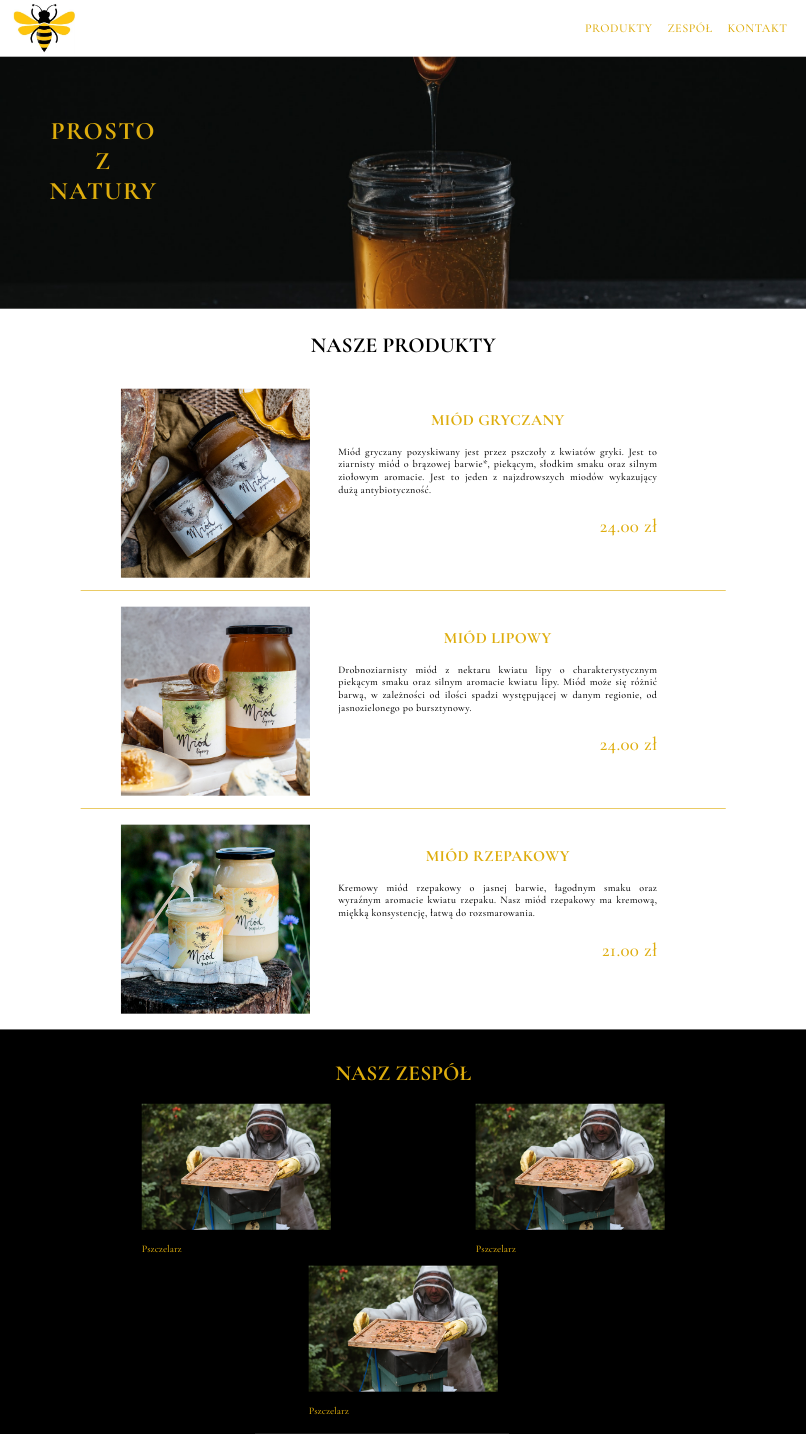
Repository: rucpata/company_page_honey
Page: index.html
An editor plug-in stored every save of this project. The page is shown before and after a run of saves, followed by the edit.
The browser window is 1280 px wide. The pictures show the whole page, at 63% of full size.

Above is the page before, as saved 2021-01-15 17:12:53.

### index.html
<!DOCTYPE html>

<html>
  <head>
    <link rel="shortcut icon" href="favicon.ico" type="image/x-icon">
    <meta charset="utf-8">
    <meta name="description" content="">
    <link rel="stylesheet" href="./styles.css" type="text/css">
  </head>

  <body>
    <header>
      <img class='logo' src='./img/logo.png' alt='logo'>
      <nav>
        <ul>
          <li>
            <a href='.products' class=''/>Produkty</a>
          </li>
          <li>
            <a href='#'/>Zespół</a>
          </li>
          <li>
            <a href='#'/>Kontakt</a>
          </li>
        </ul>
      </nav>
    </header>
    <main>
      <section class='hero'>
        <h1>PROSTO Z NATURY</h1>
      </section>

      <section class='produckts'>
        <h2>Nasze produkty</h2>
        <div class='product product-one'>
          <img src='./img/gryczany.jpg' alt='miód lipowy'>
          <div class='discribson'>
            <h3>Miód Gryczany</h3>
            <p>Miód gryczany pozyskiwany jest przez pszczoły z kwiatów gryki. Jest to ziarnisty miód o brązowej barwie*, piekącym, słodkim smaku oraz silnym ziołowym aromacie. Jest to jeden z najzdrowszych miodów wykazujący dużą antybiotyczność.</p>
            <p class='price'>24.00 zł</p>
          </div>
        </div>
        <div class='product product-two'>
          <img src='./img/lipwy.jpg' alt='miód lipowy'>
          <div class='discribson'>
            <h3>Miód Lipowy</h3>
            <p>Drobnoziarnisty miód z nektaru kwiatu lipy o charakterystycznym piekącym smaku oraz silnym aromacie kwiatu lipy. Miód może się różnić barwą, w zależności od ilości spadzi występującej w danym regionie, od jasnozielonego po bursztynowy.</p>
            <p class='price'>24.00 zł</p>
          </div>
        </div>
        <div class='product'>
          <img src='./img/rzepakowy.jpg' alt='miód lipowy'>
          <div class='discribson'>
            <h3>Miód Rzepakowy</h3>
            <p>Kremowy miód rzepakowy o jasnej barwie, łagodnym smaku oraz wyraźnym aromacie kwiatu rzepaku. Nasz miód rzepakowy ma kremową, miękką konsystencję, łatwą do rozsmarowania. </p>
            <p class='price'>21.00 zł</p>
          </div>
        </div>
      </section>
      <section class='team'>
        <h2>Nasz zespół</h2>
        <div class='teams'>
          <div class='person'>
            <img src='./img/person1.jpg' alt='team'>
            <div class='person-name'>
              <p>Pszczelarz</p>
              <p></p>
            </div>
          </div>

          <div class='person'>
            <img src='./img/person1.jpg' alt='team'>
            <div class='person-name'>
              <p>Pszczelarz</p>
              <p></p>
            </div>
          </div>

          <div class='person'>
            <img src='./img/person1.jpg' alt='team'>
            <div class='person-name'>
              <p>Pszczelarz</p>
              <p></p>
            </div>
          </div>
        </div>
      </section>
      <footer>

      </footer>
    </main>
  </body>
</html>

### styles.css
@import url('https://fonts.googleapis.com/css2?family=Cormorant+Garamond:wght@300;500;700&display=swap');

body {
    font-size: 16px;
    font-family: 'Cormorant Garamond', serif;
    margin: 0;
    padding: 0;
}

header {
    display: flex;
    justify-content: space-between;
    padding: 5px 20px;
    align-items: center;
}

li {
    display: inline-block;
    padding: 0 10px;
    text-transform: uppercase;

}

header a {
    text-decoration: none;
    color: #DEAD0D;
    font-size: 1.2rem;
    letter-spacing: 0.8px;
}

header a:hover {
    color: black;
}

.logo {
    height: 80px;
    width: auto;
}

.hero{
    background-image: url('./img/hero.jpg');
    height: 400px;
    background-size: cover;
    background-position: center;
    background-repeat: no-repeat;
    position: relative;
    opacity: 1;
}

.hero h1{
    color: #DEAD0D;
    position: absolute;
    top: 50px;
    font-size: 40px;
    padding: 10px 5%;
    width: 200px;
    height: auto;
    text-align: center;
    letter-spacing: 2px;
}
.products{
    padding: 10px 0;
    margin-bottom: 10px;


}
.product{
    padding: 20px 5%;
    margin: 5px 10%;
    display: flex;
    justify-content: center;

}

.product-one{
    border-bottom: 1px solid #DEAD0D;
}

.product-two{
    border-bottom: 1px solid #DEAD0D;
}

.product img{
    max-width: 300px;
    max-height: 300px;
    width: 40%;
    height: 50%;
    margin: auto;
}
.discribson{
    padding: 10px 5%;
    width: 60%;
    letter-spacing: 0.5px;
    text-align: justify;

}
h2{
    text-transform: uppercase;
    text-align: center;
    font-size: 34px;
    padding-top: 10px;
}

h3{
    text-transform: uppercase;
    color: #DEAD0D;
    font-size: 25px;
    text-align: center;
}

.price{
    color: #DEAD0D;
    font-size: 30px;
    text-align: right;
}

.team{
    background-color: black;
    min-height: 100px;
    color: #DEAD0D;
    padding: 10px 5%;
}

.teams{
    display: flex;
    justify-content: center;
    flex-wrap: wrap;
}
.person{

    padding: 0 10%;
}

.person img{
    max-width: 300px;
    max-height: 300px;

    margin: auto;
}

After the next 3 saves:
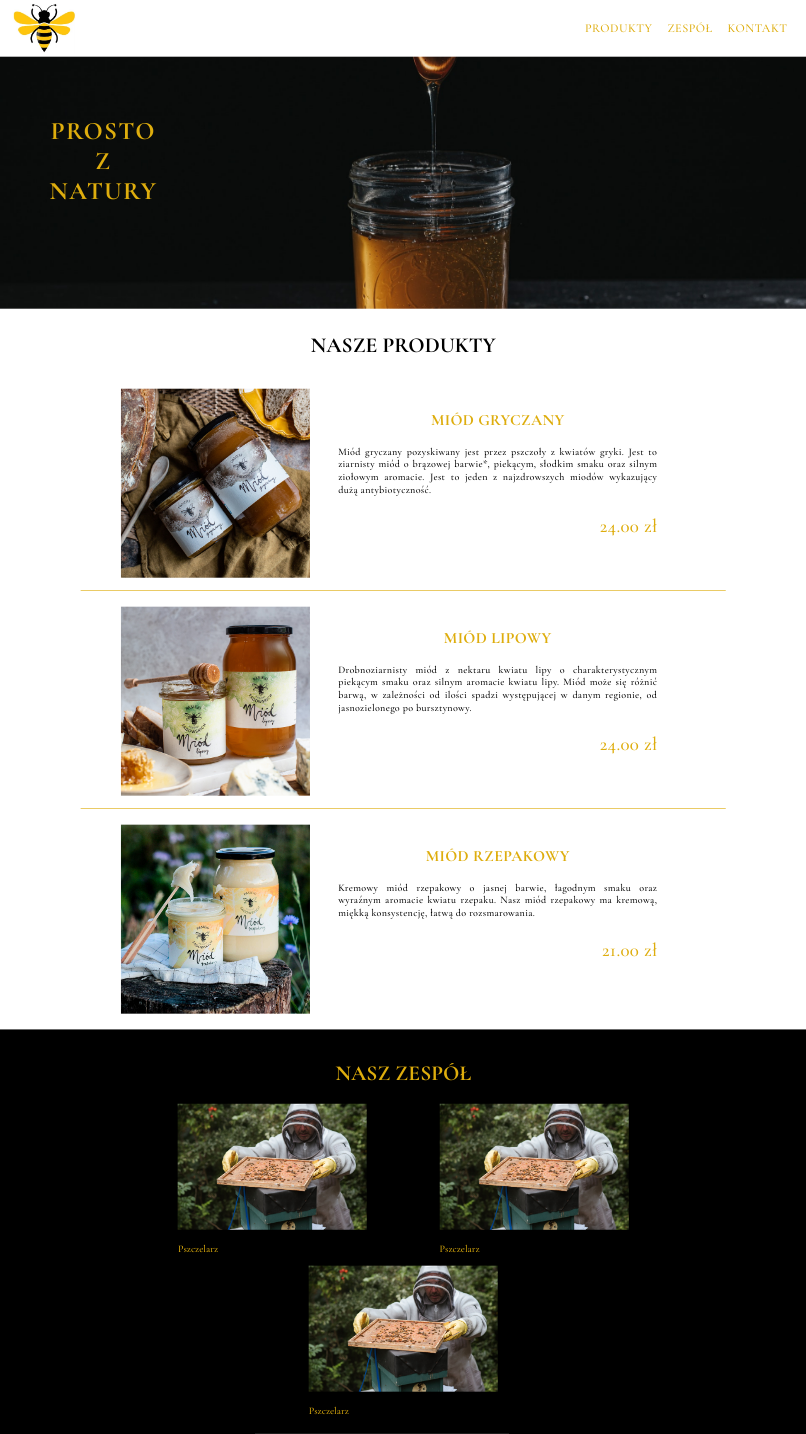
The 3 saves are shown as one change because they came seconds apart.
The last was saved 12 s later.
--- a/styles.css
+++ b/styles.css
@@ -128,7 +128,7 @@
 }
 .person{
 
-    padding: 0 10%;
+    padding: 0 5%;
 }
 
 .person img{
